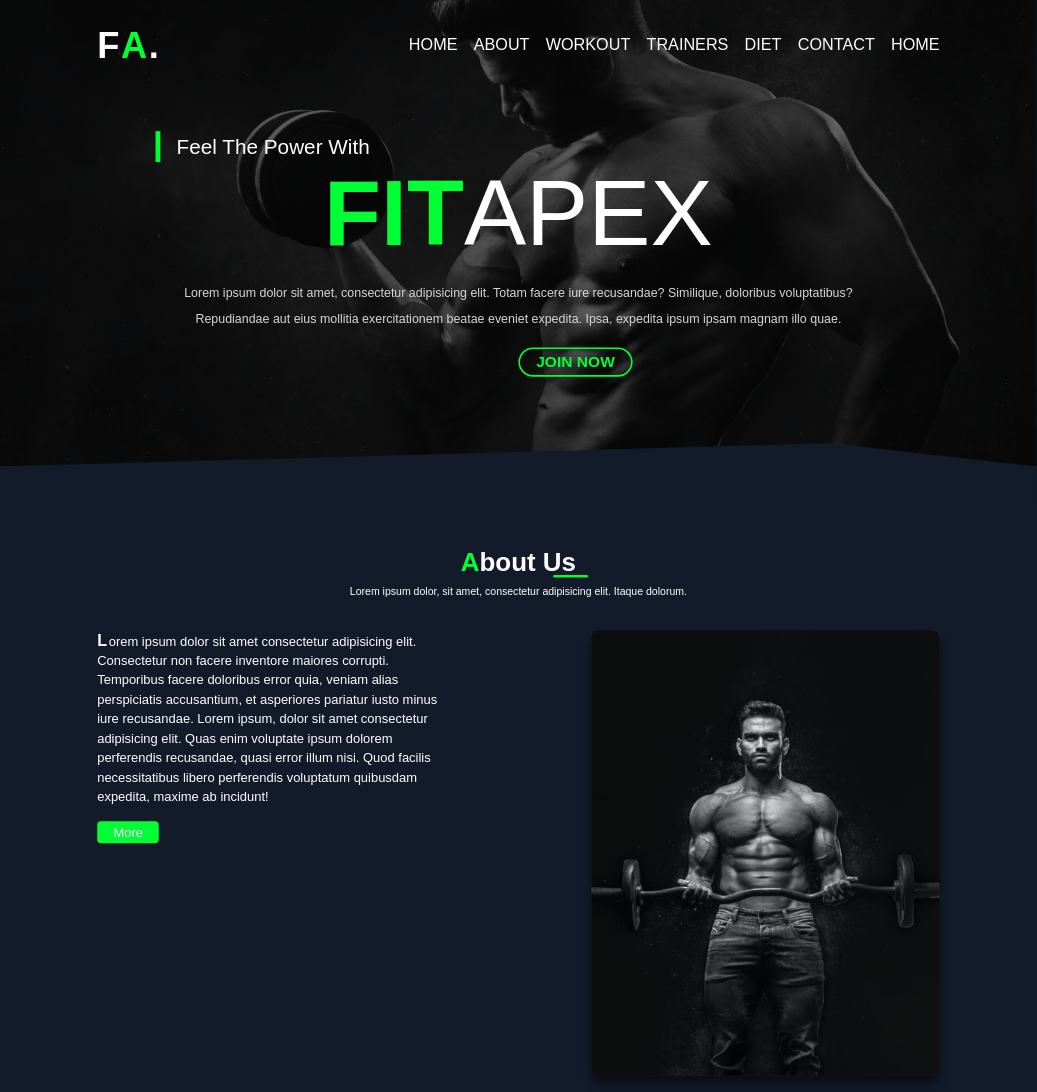
Repository: guilhermecardoso93/fitapex
Page: index.html
The author's editor kept a copy of each file at every save. The page is drawn from the files as they stood at one save, then again after the next save.
The browser window is 1280 px wide. The pictures show the whole page, at 81% of full size.

Above is the page before, as saved 2023-03-05 21:28:19.

### index.html
<!DOCTYPE html>
<html lang="pr-BR">
  <head>
    <meta charset="UTF-8" />
    <meta http-equiv="X-UA-Compatible" content="IE=edge" />
    <meta name="viewport" content="width=device-width, initial-scale=1.0" />
    <link rel="stylesheet" href="styles.css" />
    <link
      rel="stylesheet"
      href="https://cdnjs.cloudflare.com/ajax/libs/font-awesome/4.7.0/css/font-awesome.css"
    />
    <title>F.A GYM</title>
  </head>
  <body>
    <div class="navbar">
      <a href="#" class="logo">F<b>A</b>.</a>
      <ol>
        <li>
          <a href="#home">home</a>
        </li>
        <li>
          <a href="#about">about</a>
        </li>
        <li>
          <a href="#workout">workout</a>
        </li>
        <li>
          <a href="#trainers">trainers</a>
        </li>
        <li>
          <a href="#diet">diet</a>
        </li>
        <li>
          <a href="#contact">contact</a>
        </li>
        <li>
          <a href="#home">home</a>
        </li>
      </ol>
    </div>
    <section id="home" class="home view">
      <div class="highlights">
        <h3>feel the power with</h3>
        <h1><b>FIT</b>APEX</h1><br>
        <p class="tagline">
          Lorem ipsum dolor sit amet, consectetur adipisicing elit. Totam facere iure recusandae? Similique, doloribus voluptatibus? Repudiandae aut eius mollitia exercitationem beatae eveniet expedita. Ipsa, expedita ipsum ipsam magnam illo quae.
        </p>
        <button class="join">join now</button>
      </div>
      <div class="banner"/>
    </section>

    <section id="about" class="about view">
      <div class="main">
        <h2><span>A</span>bout Us</h2>
        <h6>Lorem ipsum dolor, sit amet, consectetur adipisicing elit. Itaque dolorum.</h6>
      </div>
      <div class="content">
        <div class="cols">
          <p><b>L</b>orem ipsum dolor sit amet consectetur adipisicing elit. Consectetur non facere inventore maiores corrupti. Temporibus facere doloribus error quia, veniam alias perspiciatis accusantium, et asperiores pariatur iusto minus iure recusandae. Lorem ipsum, dolor sit amet consectetur adipisicing elit. Quas enim voluptate ipsum dolorem perferendis recusandae, quasi error illum nisi. Quod facilis necessitatibus libero perferendis voluptatum quibusdam expedita, maxime ab incidunt! </p>
          <a href="#">more</a>
        </div>
        <div class="cols">
          <div class="box">
            <img src="./assets/about.jpg" alt="">
          </div>
        </div>
      </div>
    </section>
  </body>
</html>

### styles.css
@import url("https://fonts.googleapis.com/css2?family=Poppins:wght@400;500&display=swap");

@import "./css/_navbar.css";
@import "./css/_home.css";
@import "./css/_about.css";

* {
  margin: 0;
  padding: 0;
  box-sizing: border-box;
  font-family: "Poppisns", sans-serif;
  outline: none;
  color: #fff;
}

:root {
  --prime: #00ff34;
}

body {
  background-color: #131b2b;
}


.view {
  width: 100%;
  min-height: 80vh;
  position: relative;
}

### css/_navbar.css

.navbar {
  width: 100%;
  display: flex;
  position: fixed;
  padding: 30px 120px;
  background-color: transparent;
  justify-content: space-between;
  z-index: 1111;
  transition: 0.5s ease;
}

.logo {
  font-size: 2.8em;
  font-weight: 800;
  letter-spacing: 2px;
  text-transform: uppercase;
  text-decoration: none;
}

.logo B{
  color: var(--prime);
}

ol {
  display: flex;
  margin: auto 0;
}

ol li {
  list-style: none;
  margin-left: 20px;
}

ol li a {
  font-size: 20px;
  font-weight:500;
  text-transform: uppercase;
  text-decoration: none;
}

ol li:hover a {
  color: var(--prime);
}

### css/_home.css
.home {
  display: flex;
  min-height: 120vh;
  align-items: center;
  justify-content: center;
  clip-path: polygon(0 0, 100% 0, 100% 100%, 80% 95%, 0 100%);
}

.banner {
  height: 100%;
  width: 100%;
  position: absolute;
  background: url("../assets/banner.jpg");
  background-size: cover;
  background-position: center;
  filter: brightness(40%);
}

.highlights {
  width: 70%;
  position: relative;
  display: inline-block;
  z-index: 11;
}

.highlights h3 {
  display: inline;
  font-size: 2vw;
  padding: 5px 20px;
  font-weight: lighter;
  text-transform: capitalize;
  border-left: 6px solid var(--prime);
}

.highlights h1 {
  font-size: 9vw;
  text-align: center;
  font-weight: normal;
}

.highlights b {
  color: var(--prime);
  font-weight: 800;
  font-family: sans-serif;
}

.highlights .tagline {
  color: #d7d7d7;
  font-size: 1.2vw;
  text-align: center;
  font-weight: normal;
  line-height: 32px;
}

.highlights .join {
  position: absolute;
  left: 50%;
  margin-top: 1.2rem;
  padding: 5px 20px;

  transform: tanslateX(-500%);
  font-weight: 800;
  font-size: 1.5vw;
  text-transform: uppercase;

  color: var(--prime);
  border: 2px solid var(--prime);
  border-radius: 50px;
  background: transparent;

  transition: 0.3s ease;
}

.highlights .join:hover {
  color: #fff;
  cursor: pointer;
  letter-spacing: 1.5px;
  background: var(--prime);
}

### css/_about.css
.main {
  width: 100%;
  text-align: center;
  padding-bottom: 20px;
}

.main h2 {
  font-size: 2.5vw;
  position: relative;
  text-align: center;
  padding-top: 100px;
  display: inline-block;
}

span {
  color: var(--prime);
}

.main h2:before {
  position: absolute;
  content: "";
  background: var(--prime);
  height: 3px;
  width: 30%;
  right: -15px;
  bottom: 0;
  border-radius: 50px;
}

.main h6 {
  margin-top: 10px;
  font-size: 13px;
  font-family: sans-serif;
  font-weight: lighter;
}

.content {
  position: relative;
  display: flex;
  width: 100%;
  padding: 0 30px;
  justify-content: center;
  line-height: 1.5em;
}

.about .content .cols {
  position: relative;
  width: 100%;
  height: 100%;
  padding: 20px 90px;
}

.about .content .cols p b {
  font-size: 20px;
  margin-right: 2px;
}

.about .content .cols a {
  position: relative;
  top: 20px;
  color: #fff;
  background-color: var(--prime);
  padding: 5px 20px;
  border-radius: 5px;
  text-decoration: none;
  text-weight: 500;
  text-transform: capitalize;
}

.about .content .cols a:hover {
  color: #000;
  background: #fff;
}

.about .content .cols .box {
  position: relative;
  height: 550px;
  box-shadow: 0 10px 10px rgba(0, 0, 0, 0.5);
  border-radius: 10px;
}

.about .content .cols .box img {
  position: absolute;
  top: 0;
  left: 0;
  height: 100%;
  width: 100%;
  object-fit: cover;
  border-radius: 10px;
}

After the next save:
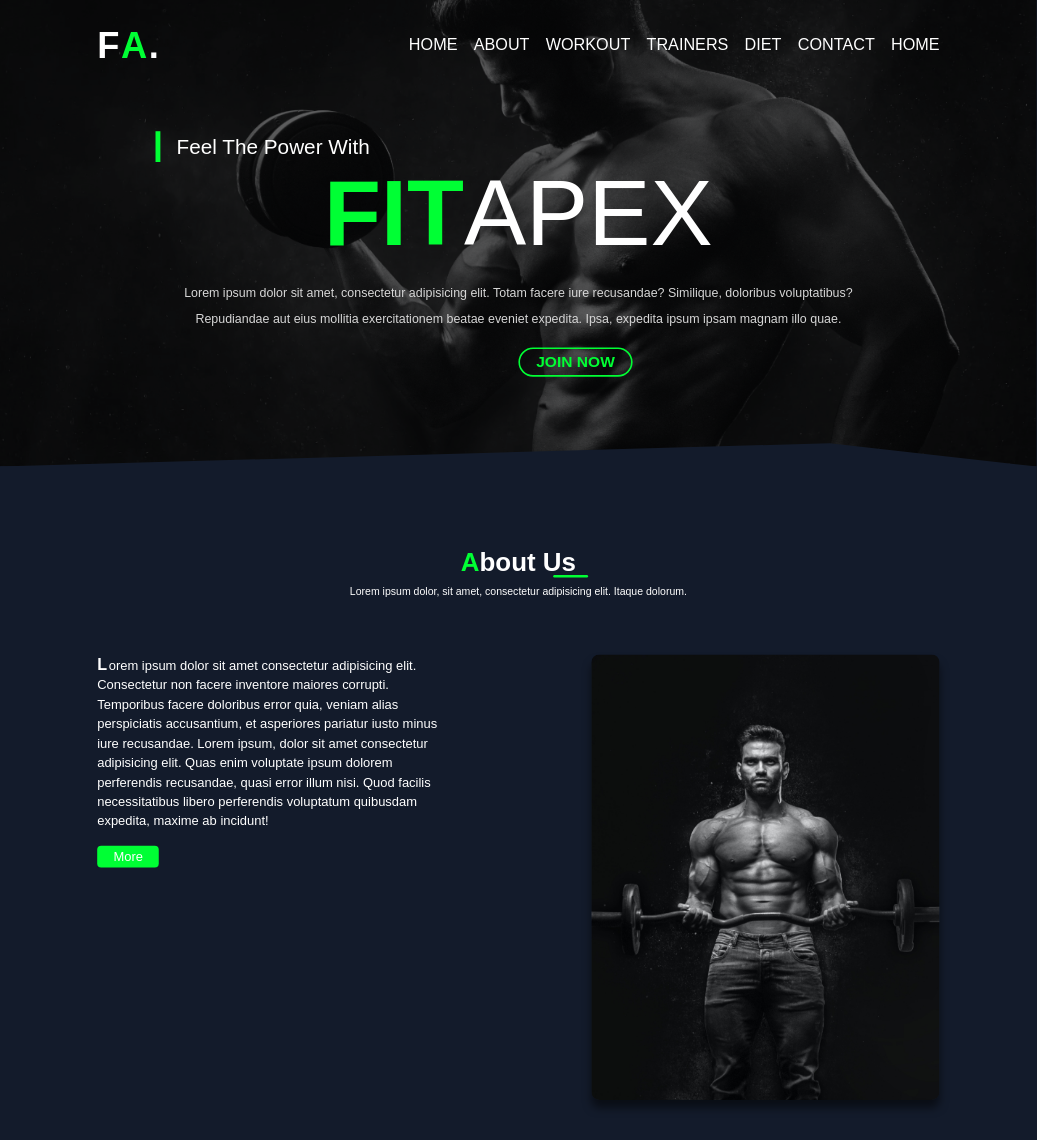
Saved 5 s later.
--- a/css/_about.css
+++ b/css/_about.css
@@ -47,7 +47,7 @@ span {
   position: relative;
   width: 100%;
   height: 100%;
-  padding: 20px 90px;
+  padding: 50px 90px;
 }
 
 .about .content .cols p b {
